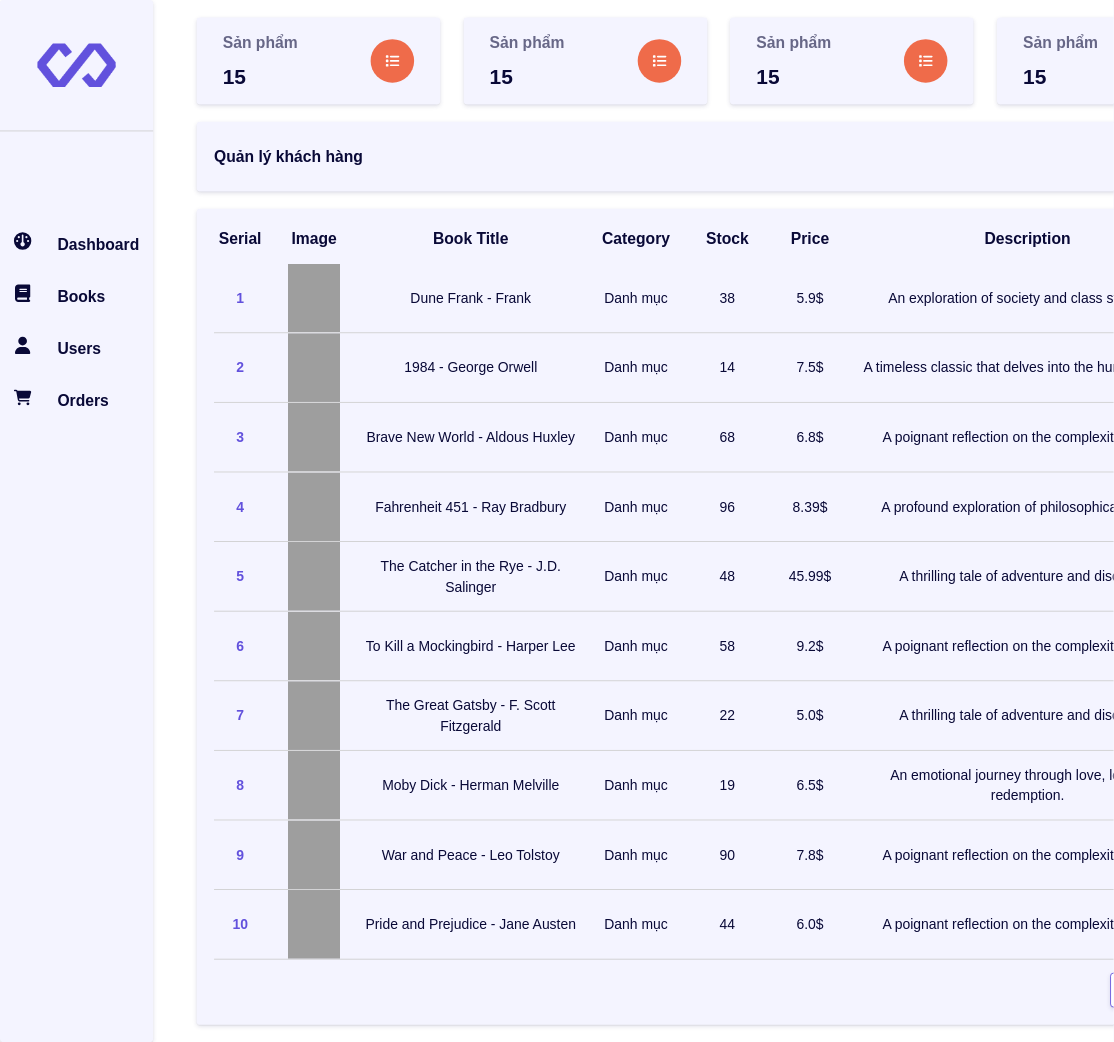
Repository: kauittt/BookStore_FE
Page: / (app in book-store/)
An editor plug-in stored every save of this project. The page is shown before and after the next save, followed by the edit.
The browser window is 1280 px wide. The pictures show the whole page, at 87% of full size.
Pictures or frames that could not be fetched are drawn as grey boxes. The project was rebuilt for these pictures with package versions that can differ from the ones it lists, and the page was loaded fresh each time. Also part of the build but not shown: book-store/vite.config.js, book-store/src/components/elements/FormInput.jsx, book-store/src/components/login-signup/Login.jsx, book-store/src/components/book/BookItem.jsx, book-store/src/components/book/BookList.jsx, book-store/src/components/elements/BackNavigation.jsx, book-store/src/components/book/BookDetail.jsx, book-store/src/components/cart/QuantitySelector.jsx and 4 more.

Above is the page before, as saved 2024-07-20 11:52:32.

After the next save:
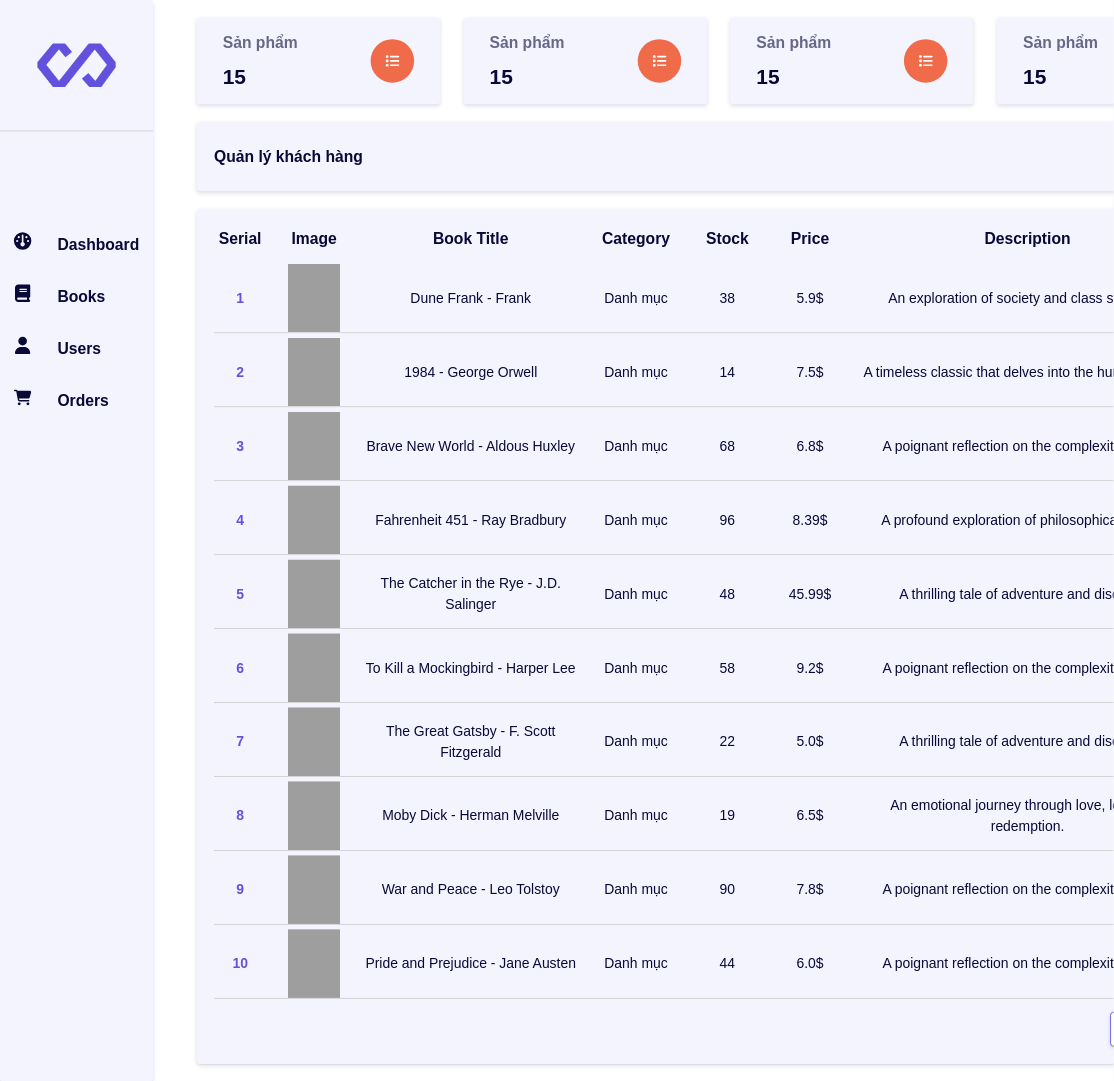
Saved 20 s later.
--- a/book-store/src/components/admin/ManageList.jsx
+++ b/book-store/src/components/admin/ManageList.jsx
@@ -67,7 +67,7 @@ const ManageList = (props) => {
             </div>
 
             {/*//* List Item */}
-            <div className="flex flex-col">
+            <div className="flex flex-col gap-[5px]">
                 {props.books.map((book, index) => (
                     <ManageItem
                         data={book}
